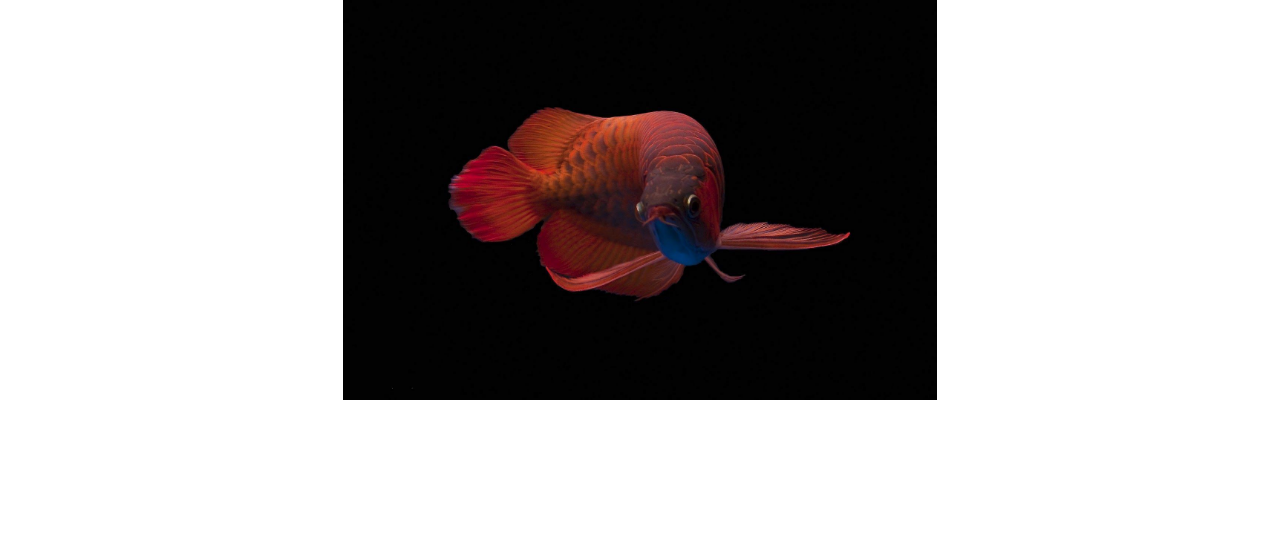
Repository: TanTran3004/portfolio-react
Page: /
An editor plug-in stored every save of this project. The page is shown before and after the next save, followed by the edit.
The browser window is 1280 px wide. The pictures show the whole page.
The project was rebuilt for these pictures with package versions that can differ from the ones it lists, and the page was loaded fresh each time. Also part of the build but not shown: src/pages/Result/style.scss, src/pages/Result/index.jsx, src/components/Layout/DefaultLayout/Header/style.scss, src/components/Layout/DefaultLayout/Header/index.jsx, src/components/Layout/DefaultLayout/Footer/style.scss, src/components/Layout/DefaultLayout/Footer/index.jsx, src/components/Layout/DefaultLayout/index.jsx.

Above is the page before, as saved 2022-05-12 15:24:13.

### public/index.html
<!DOCTYPE html>
<html lang="en">
  <head>
    <meta charset="utf-8" />
    <link rel="icon" href="%PUBLIC_URL%/favicon.ico" />
    <meta name="viewport" content="width=device-width, initial-scale=1" />
    <meta name="theme-color" content="#000000" />
    <meta
      name="description"
      content="Web site created using create-react-app"
    />
    <link rel="apple-touch-icon" href="%PUBLIC_URL%/logo192.png" />

    <link rel="manifest" href="%PUBLIC_URL%/manifest.json" />

    <title>E-commerce</title>
  </head>
  <body>
    <noscript>You need to enable JavaScript to run this app.</noscript>
    <div id="root"></div>
    <!--
      This HTML file is a template.
      If you open it directly in the browser, you will see an empty page.

      You can add webfonts, meta tags, or analytics to this file.
      The build step will place the bundled scripts into the <body> tag.

      To begin the development, run `npm start` or `yarn start`.
      To create a production bundle, use `npm run build` or `yarn build`.
    -->
  </body>
</html>

### src/index.js
import React from "react";
import ReactDOM from "react-dom";
import "bootstrap/dist/css/bootstrap.css";
import App from "./App";

ReactDOM.render(<App />, document.getElementById("root"));

### src/App.js
import { Fragment } from "react";
import { BrowserRouter as Router, Routes, Route } from "react-router-dom";
import { publicRoutes } from "./routes";
import { DefaultLayout } from "./components/Layout";
function App() {
  return (
    <Router>
      <div className="App">
        <Routes>
          {publicRoutes.map((route, index) => {
            const Layout = route.layout === null ? Fragment : DefaultLayout;
            const Page = route.component;
            return (
              <Route
                key={index}
                path={route.path}
                element={
                  <Layout>
                    <Page />
                  </Layout>
                }
              />
            );
          })}
        </Routes>
      </div>
    </Router>
  );
}

export default App;

### src/routes/index.jsx
import Home from "../pages/Home";
import Result from "../pages/Result";

const publicRoutes = [
  { path: "/", component: Home, layout: null },
  { path: "/result", component: Result },
];

const privateRoutes = [];

export { publicRoutes, privateRoutes };

### src/pages/Home/index.jsx
import "./style.scss";
import img from "./4645999.jpg";
function Home() {
  return (
    <>
      <div className="wallpaper-shop">
        <div className="img-wallpaper">
          <div className="img"></div>
        </div>
      </div>
    </>
  );
}

export default Home;

### src/pages/Home/style.scss
.wallpaper-shop {
  .img-wallpaper {
    width: 100%;
    .img {
      background-image: url("./4645999.jpg");
      background-repeat: no-repeat;
      background-size: contain;
      background-position: center center;
      width: 100%;
      height: 400px;
    }
    img {
      display: block;
      // width: auto;
      // height: auto;
      object-fit: cover;
      object-position: center center;
      width: 100%;
      //   height: 530px;
      padding-bottom: 30px;
      min-height: 400px;
    }
  }
}

Loaded but not shown: src/components/Layout/index.jsx (common file)

After the next save:
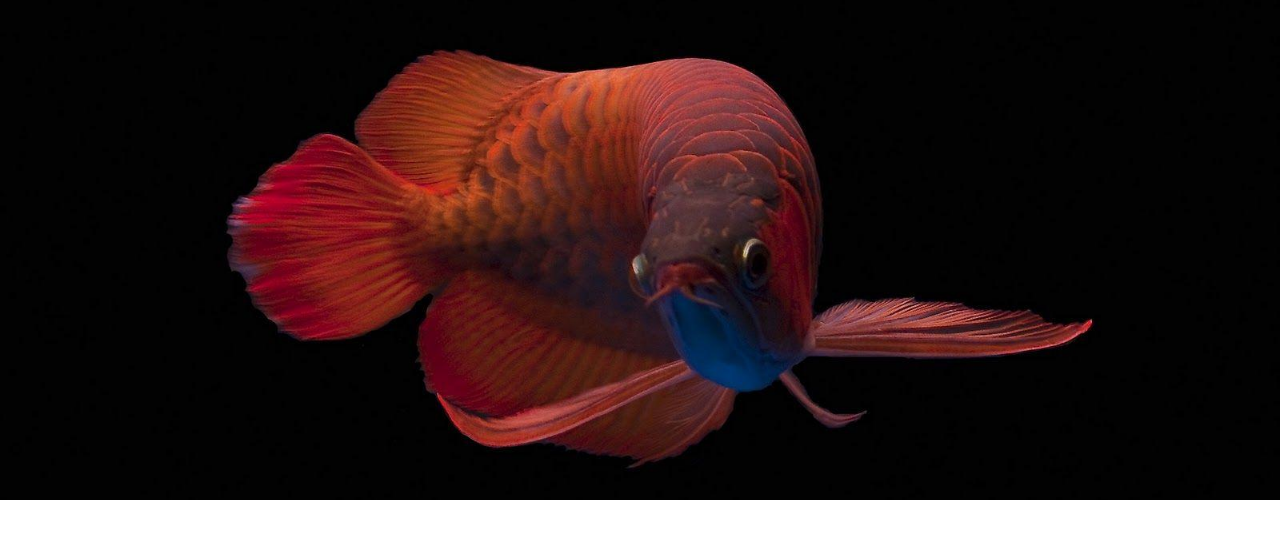
Saved 67 s later.
--- a/src/pages/Home/style.scss
+++ b/src/pages/Home/style.scss
@@ -1,14 +1,12 @@
 .wallpaper-shop {
   .img-wallpaper {
     width: 100%;
-    .img {
-      background-image: url("./4645999.jpg");
-      background-repeat: no-repeat;
-      background-size: contain;
-      background-position: center center;
-      width: 100%;
-      height: 400px;
-    }
+    background-image: url("./4645999.jpg");
+    height: 500px;
+    background-position: center;
+    background-repeat: no-repeat;
+    background-size: cover;
+
     img {
       display: block;
       // width: auto;
